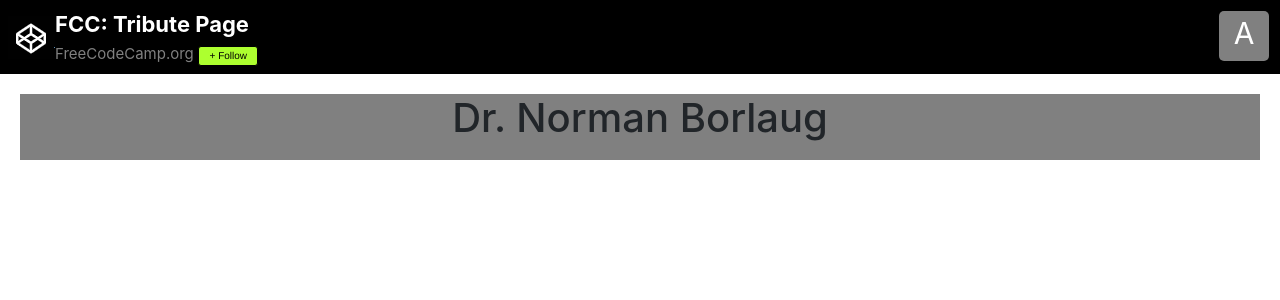
Repository: AbdulWahabRaza123/tributePage
Page: index.html
An editor plug-in stored every save of this project. The page is shown before and after the next save, followed by the edit.
The browser window is 1280 px wide. The pictures show the whole page.

Above is the page before, as saved 2021-09-02 16:19:14.

After the next save:
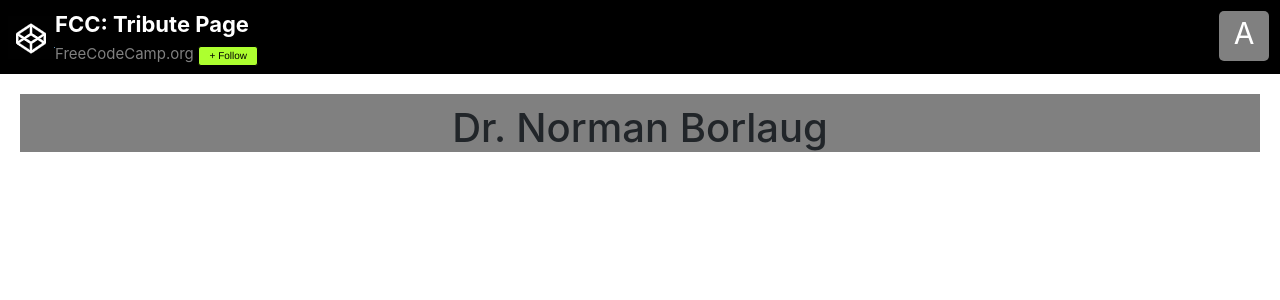
Saved 15 s later.
--- a/new.css
+++ b/new.css
@@ -65,5 +65,5 @@
 #main {
     background-color: gray;
     margin: 20px;
-    padding-bottom: 10px;
+    padding-top: 10px;
 }
